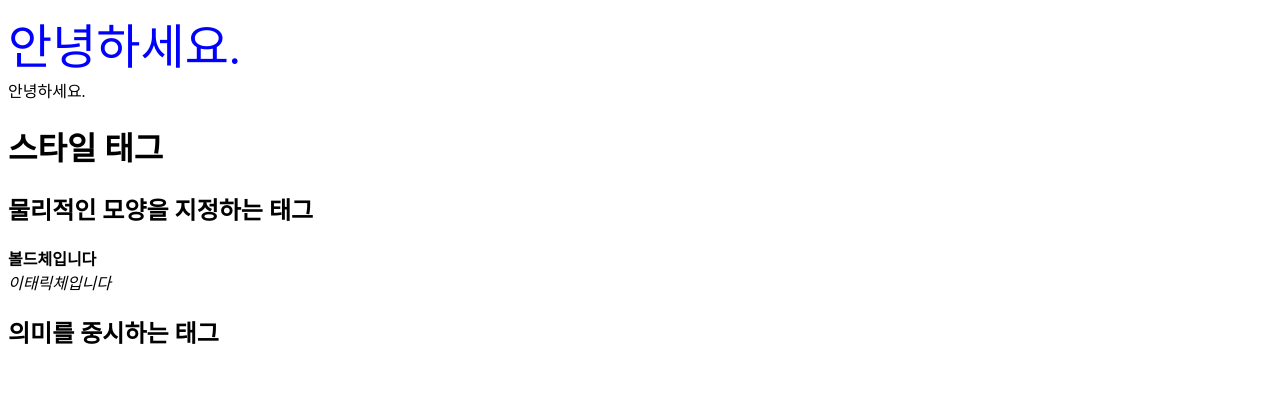
Repository: sujin9335/Front-end
Page: ClientTest/src/main/webapp/html/ex09_style.html
These files come from the project's save history. The page is drawn as it stood at one moment and after the next save; the edit follows.
The browser window is 1280 px wide. The pictures show the whole page.

Above is the page before, as saved 2023-09-20 01:36:48.

### ClientTest/src/main/webapp/html/ex09_style.html
<!DOCTYPE html>
<html>
<head>
<meta charset="UTF-8">
<title>Insert title here</title>
</head>
<body>

	<!--

		HTML > 골격 구성 + 데이터 표현 + 서식 기능(절대 사용 안함)
		CSS  > 디자인(서식 구현)


	-->

	<font size="7" color="blue">안녕하세요.</font>
	<br>
	안녕하세요.

	<h1>스타일 태그</h1>

	<h2>물리적인 모양을 지정하는 태그</h2>

	<b>볼드체입니다</b><br>
	<i>이태릭체입니다</i><br>

	<h2>의미를 중시하는 태그</h2>



</body>
</html>

After the next save:
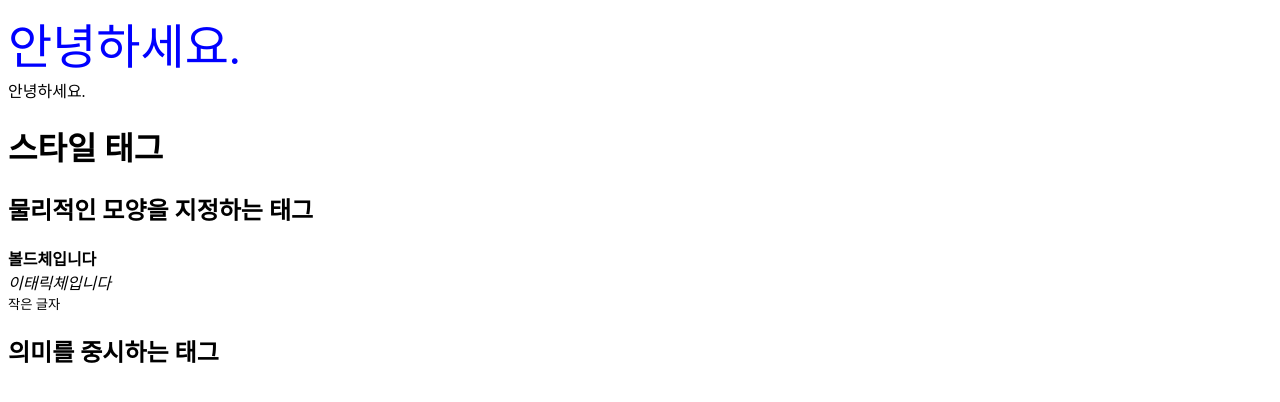
Saved 25 s later.
--- a/ClientTest/src/main/webapp/html/ex09_style.html
+++ b/ClientTest/src/main/webapp/html/ex09_style.html
@@ -24,6 +24,7 @@
 
 	<b>볼드체입니다</b><br>
 	<i>이태릭체입니다</i><br>
+	<small>작은 글자</small><br>
 
 	<h2>의미를 중시하는 태그</h2>
 
